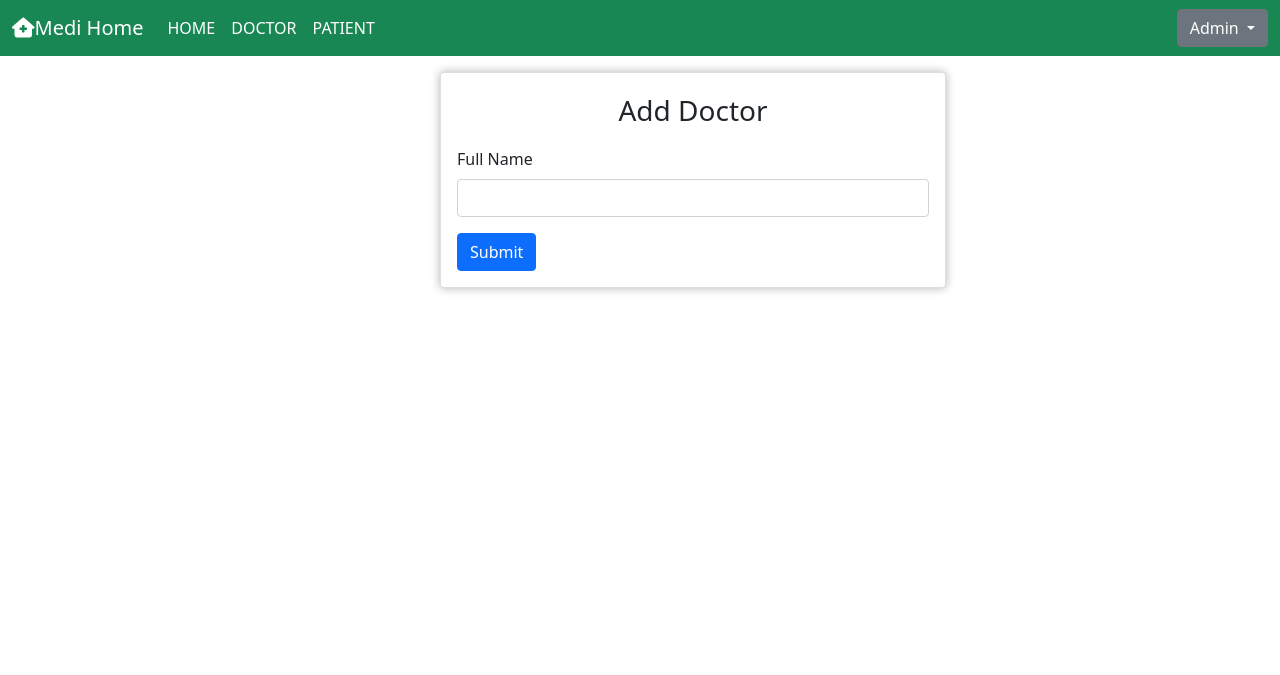
Repository: saubhagyagpt/Medi_care
Page: http://localhost/medi_care/admin/AdminDoctor.jsp
An editor plug-in stored every save of this project. The page is shown before and after the next save, followed by the edit.
The browser window is 1280 px wide. The pictures show the whole page.
Some web libraries are served in a nearby version. The page is served by Tomcat 9.

Above is the page before, as saved 2022-07-10 07:21:27.

After the next save:
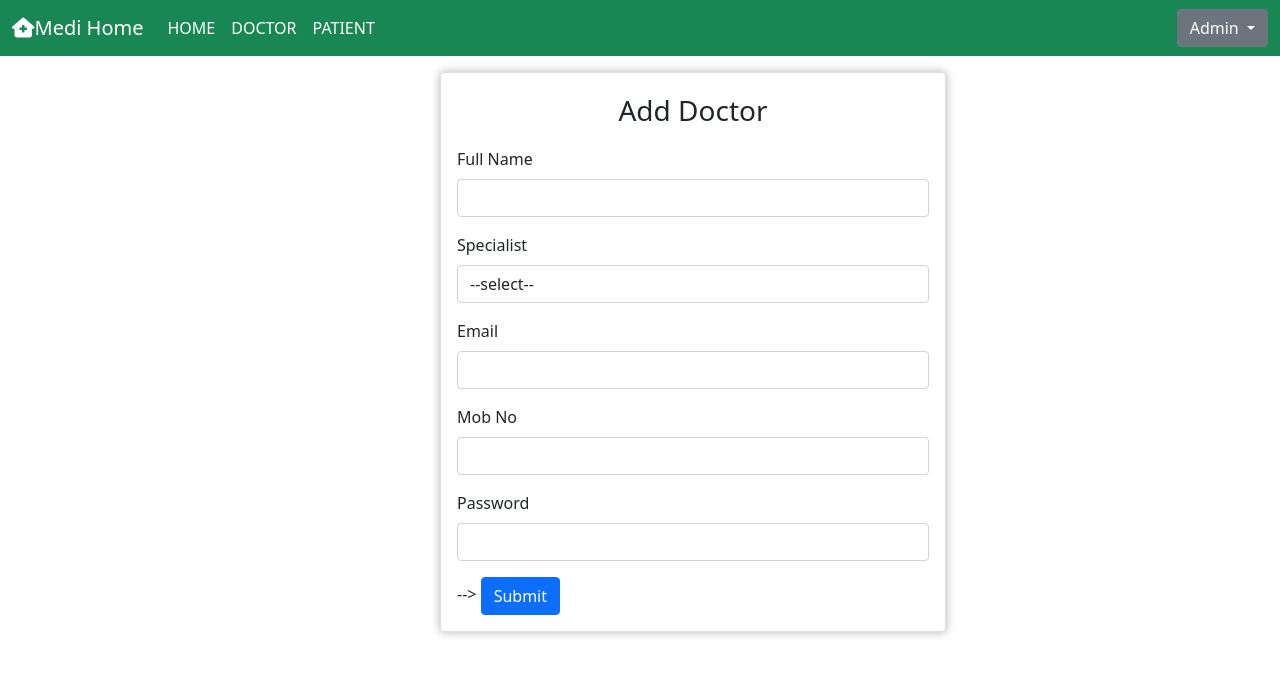
Saved 2 min 5 s later.
--- a/medi_care/src/main/webapp/admin/AdminDoctor.jsp
+++ b/medi_care/src/main/webapp/admin/AdminDoctor.jsp
@@ -32,7 +32,7 @@
 							<div class="fs-3 text-center text-success" role="alert">${succMsg}</div>
 							<c:remove var="succMsg" scope="session" />
 						</c:if>
-						<form action="adminLogin" method="post">
+						<form action="#" method="post">
 							<div class="mb-3">
 								<label class="form-label">Full Name</label> <input type="text"
 									required name="fullname" class="form-control">
@@ -47,7 +47,7 @@
 								<label class="form-label">Qualification</label> <input required
 									name="qualification" type="text" class="form-control">
 							</div>
-
+							<!--  ******************************************************************************** -->
 							<div class="mb-3">
 								<label class="form-label">Specialist</label> <select name="spec"
 									required class="form-control">
